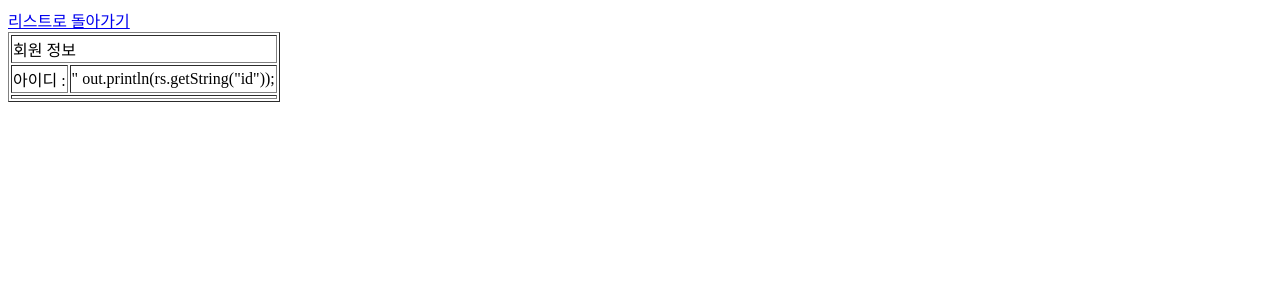
Repository: rumor1993/KH1
Page: http://localhost/JspProject/ch11/Member2/select.jsp
These files come from the project's save history. The page is drawn as it stood at one moment and after the next save; the edit follows.
The browser window is 1280 px wide. The pictures show the whole page.
The page is served by Tomcat 9.

Above is the page before, as saved 2018-05-08 03:28:26.

### JspProject/WebContent/ch11/Member2/select.jsp
<%@ page language="java" contentType="text/html; charset=EUC-KR"
    pageEncoding="EUC-KR"%>
<%@ page import = "java.sql.*" %>
<%@ page import = "javax.sql.*" %>
<%@ page import = "javax.naming.*" %>
<!DOCTYPE html>
<html>
<head>
<title>Insert title here</title>
</head>
<body>
<%
	request.setCharacterEncoding("euc-kr");
%>
	<table border=1>
	<tr>
	<td colspan =2>회원 정보</td>
	</tr>
	<tr>
		<td>
		아이디 :
		</td>
		<td>"
		out.println(rs.getString("id"));
		</td>
	</tr>



 		<tr>
		<td colspan=2></td>
		<a href='member_list.jsp'> 리스트로 돌아가기 </a>
		</td>
		</tr>
		</table>
</body>
</html>

After the next save:
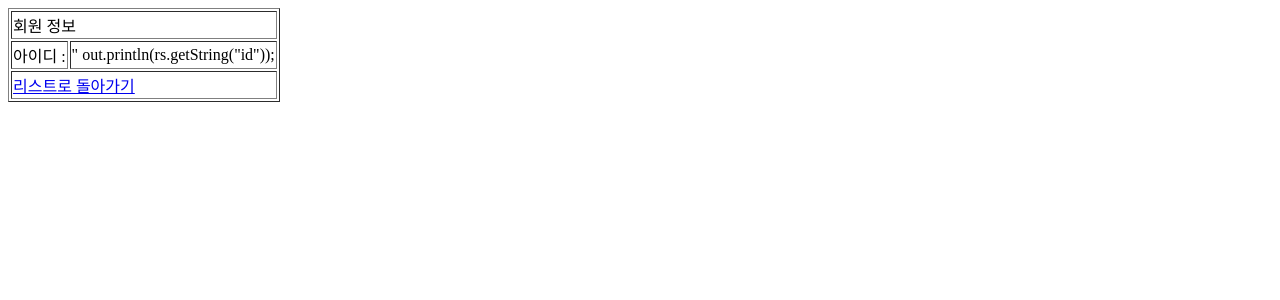
Saved 11 s later.
--- a/JspProject/WebContent/ch11/Member2/select.jsp
+++ b/JspProject/WebContent/ch11/Member2/select.jsp
@@ -28,7 +28,7 @@
 
 
  		<tr>
-		<td colspan=2></td>
+		<td colspan=2>
 		<a href='member_list.jsp'> 리스트로 돌아가기 </a>
 		</td>
 		</tr>
